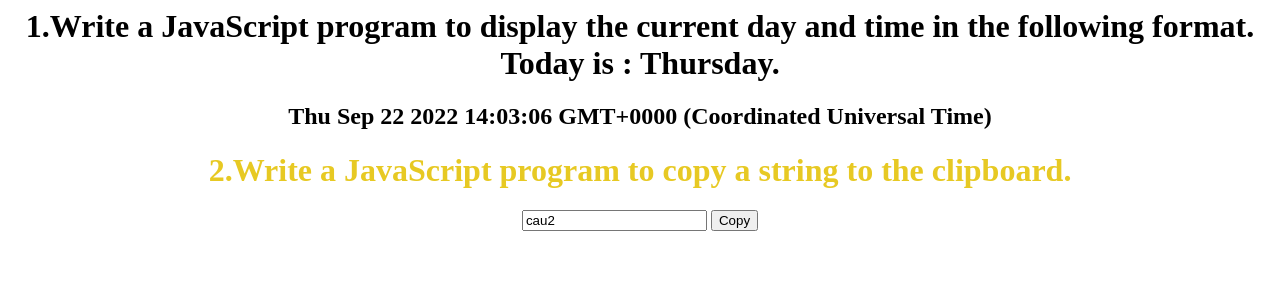
Repository: HoangDuy315/web-dev2022
Page: hw151022/ex1/ex1.html
The author's editor kept a copy of each file at every save. The page is drawn from the files as they stood at one save, then again after the next save.
The browser window is 1280 px wide. The pictures show the whole page.

Above is the page before, as saved 2022-10-15 12:18:53.

After the next save:
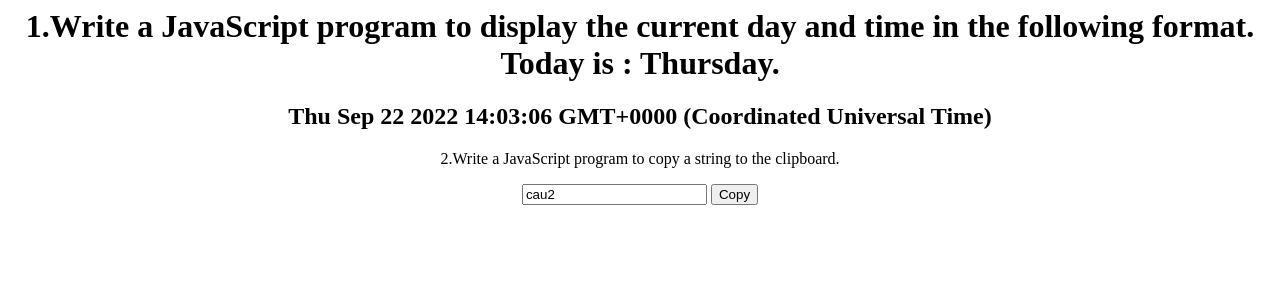
Saved 3 min 12 s later.
--- a/hw151022/ex1/ex1.html
+++ b/hw151022/ex1/ex1.html
@@ -27,9 +27,7 @@
 
   <!-- 2 -->
   <body style="text-align: center">
-    <h1 style="color: rgb(231, 201, 35)">
-      2.Write a JavaScript program to copy a string to the clipboard.
-    </h1>
+    <p>2.Write a JavaScript program to copy a string to the clipboard.</p>
     <input type="text" value="cau2" id="testcau2" />
     <button onclick="cau2()">Copy</button>
     <script src="./ex1.js"></script>
